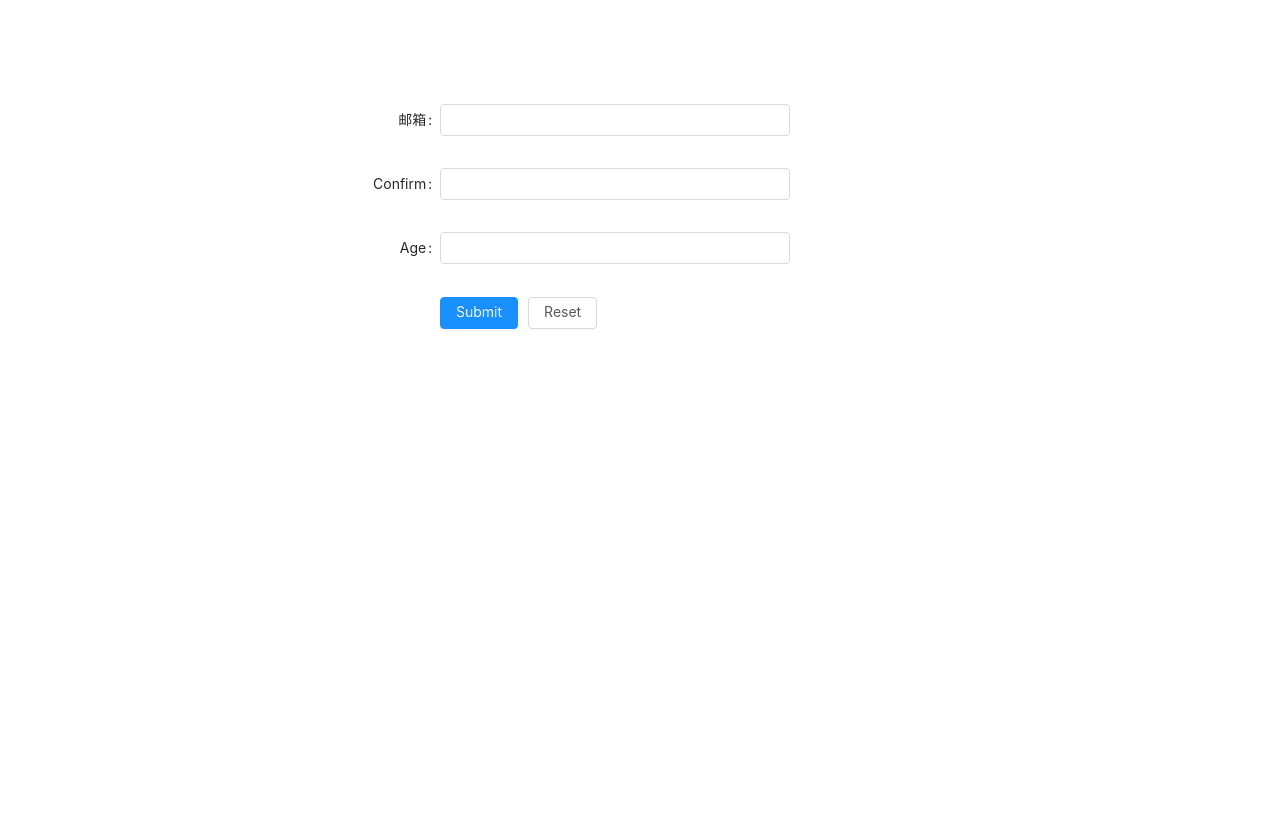
Repository: Ysleave/mall-app
Page: /login
The author's editor kept a copy of each file at every save. The page is drawn from the files as they stood at one save, then again after the next save.
The browser window is 1280 px wide. The pictures show the whole page.
The project was rebuilt for these pictures with package versions that can differ from the ones it lists, and the page was loaded fresh each time. Also part of the build but not shown: src/views/leftMenu.vue, src/views/mainContent.vue, src/views/home.vue.

Above is the page before, as saved 2021-01-16 15:24:03.

### public/index.html
<!DOCTYPE html>
<html lang="en">
  <head>
    <meta charset="utf-8">
    <meta http-equiv="X-UA-Compatible" content="IE=edge">
    <meta name="viewport" content="width=device-width,initial-scale=1.0">
    <link rel="icon" href="<%= BASE_URL %>favicon.ico">
    <title>student</title>
  </head>
  <body>
    <noscript>
      <strong>We're sorry but student doesn't work properly without JavaScript enabled. Please enable it to continue.</strong>
    </noscript>
    <div id="app"></div>
    <!-- built files will be auto injected -->
  </body>
</html>

### src/main.js
import Vue from 'vue'
import Antd from 'ant-design-vue';
import App from './App.vue'
import router from './route/router'
import store from './store'
import 'ant-design-vue/dist/antd.css';
import './assets/css/reset.css'

Vue.config.productionTip = false
Vue.use(Antd);

new Vue({
  router,
  store,
  render: h => h(App)
}).$mount('#app')

### src/App.vue
<template>
  <div id="app" class="wrapper">
    <router-view></router-view>
  </div>
</template>

### src/route/router.js
import Vue from 'vue'
import Router from 'vue-router'
import Home from '@/views/home.vue'

Vue.use(Router)

export default new Router({
  mode: 'history',
  routes:[
    {
      path:'/',
      component:Home,
      name:"Home"
    },
    {
      path:'/login',
      component: () => import("@/views/login.vue")
    }
  ],
  linkActiveClass:'active'
})

### src/store.js
import Vue from 'vue'
import Vuex from 'vuex'


Vue.use(Vuex)

export default new Vuex.Store({
  state: {
    collapsed:false
  },
  mutations: {
     changeCollapsed(state){
       state.collapsed = !state.collapsed
     }
  },
  actions: {
    changeCollapsed({commit}){
      commit("changeCollapsed")
    }
  }
})

### src/assets/css/reset.css
body, h1, h2, h3, h4, h5, h6, hr, p, blockquote, dl, dt, dd, ul, ol, li, pre, form, fieldset, legend, button, input, textarea, th, td { margin:0; padding:0; }
body, button, input, select, textarea { font:12px/1.5tahoma, arial, \5b8b\4f53; }
h1, h2, h3, h4, h5, h6{ font-size:100%; }
address, cite, dfn, em, var { font-style:normal; }
code, kbd, pre, samp { font-family:couriernew, courier, monospace; }
small{ font-size:12px; }
ul, ol { list-style:none; }
a { text-decoration:none; }
a:hover { text-decoration:underline; }
sup { vertical-align:text-top; }
sub{ vertical-align:text-bottom; }
legend { color:#000; }
fieldset, img { border:0; }
button, input, select, textarea { font-size:100%; }
table { border-collapse:collapse; border-spacing:0; }

### src/views/login.vue
<template>
<div class="loginWrapper">
  <a-form-model ref="ruleForm" :model="ruleForm" :rules="rules" v-bind="layout">
    <a-form-model-item has-feedback label="邮箱" prop="pass">
      <a-input v-model="ruleForm.pass" type="password" autocomplete="off" />
    </a-form-model-item>
    <a-form-model-item has-feedback label="Confirm" prop="checkPass">
      <a-input v-model="ruleForm.checkPass" type="password" autocomplete="off" />
    </a-form-model-item>
    <a-form-model-item has-feedback label="Age" prop="age">
      <a-input v-model.number="ruleForm.age" />
    </a-form-model-item>
    <a-form-model-item :wrapper-col="{ span: 14, offset: 4 }">
      <a-button type="primary" @click="submitForm('ruleForm')">
        Submit
      </a-button>
      <a-button style="margin-left: 10px" @click="resetForm('ruleForm')">
        Reset
      </a-button>
    </a-form-model-item>
  </a-form-model>
</div>
</template>
<script>
export default {
  data() {
    let checkPending;
    let checkAge = (rule, value, callback) => {
      clearTimeout(checkPending);
      if (!value) {
        return callback(new Error('Please input the age'));
      }
      checkPending = setTimeout(() => {
        if (!Number.isInteger(value)) {
          callback(new Error('Please input digits'));
        } else {
          if (value < 18) {
            callback(new Error('Age must be greater than 18'));
          } else {
            callback();
          }
        }
      }, 1000);
    };
    let validatePass = (rule, value, callback) => {
      if (value === '') {
        callback(new Error('Please input the password'));
      } else {
        if (this.ruleForm.checkPass !== '') {
          this.$refs.ruleForm.validateField('checkPass');
        }
        callback();
      }
    };
    let validatePass2 = (rule, value, callback) => {
      if (value === '') {
        callback(new Error('Please input the password again'));
      } else if (value !== this.ruleForm.pass) {
        callback(new Error("Two inputs don't match!"));
      } else {
        callback();
      }
    };
    return {
      ruleForm: {
        pass: '',
        checkPass: '',
        age: '',
      },
      rules: {
        pass: [{ validator: validatePass, trigger: 'change' }],
        checkPass: [{ validator: validatePass2, trigger: 'change' }],
        age: [{ validator: checkAge, trigger: 'change' }],
      },
      layout: {
        labelCol: { span: 4 },
        wrapperCol: { span: 14 },
      },
    };
  },
  methods: {
    submitForm(formName) {
      this.$refs[formName].validate(valid => {
        if (valid) {
          alert('submit!');
        } else {
          console.log('error submit!!');
          return false;
        }
      });
    },
    resetForm(formName) {
      this.$refs[formName].resetFields();
    },
  },
};
</script>
<style  lang="less">
  .loginWrapper{
    width: 600px;
    margin: 100px auto;
  }

</style>

After the next save:
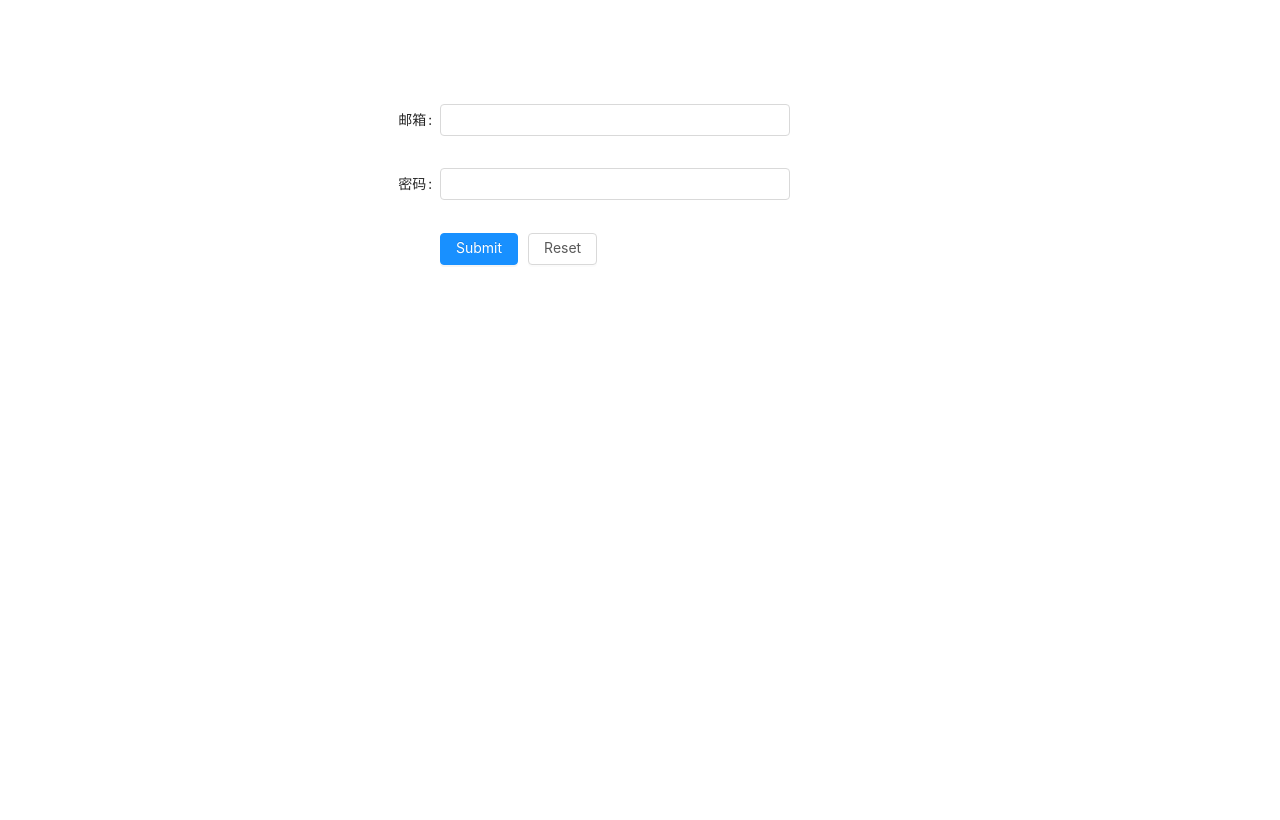
Saved 25 s later.
--- a/src/views/login.vue
+++ b/src/views/login.vue
@@ -4,11 +4,8 @@
     <a-form-model-item has-feedback label="邮箱" prop="pass">
       <a-input v-model="ruleForm.pass" type="password" autocomplete="off" />
     </a-form-model-item>
-    <a-form-model-item has-feedback label="Confirm" prop="checkPass">
+    <a-form-model-item has-feedback label="密码" prop="checkPass">
       <a-input v-model="ruleForm.checkPass" type="password" autocomplete="off" />
-    </a-form-model-item>
-    <a-form-model-item has-feedback label="Age" prop="age">
-      <a-input v-model.number="ruleForm.age" />
     </a-form-model-item>
     <a-form-model-item :wrapper-col="{ span: 14, offset: 4 }">
       <a-button type="primary" @click="submitForm('ruleForm')">
